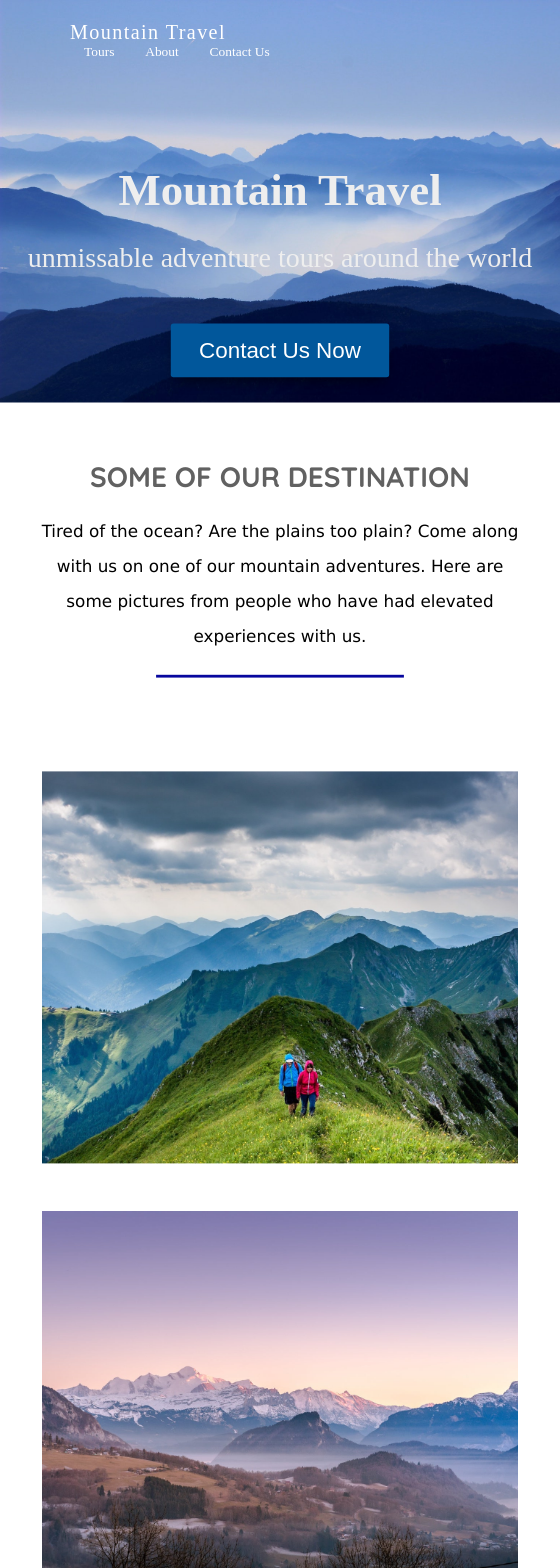
Repository: Einsteiniumeinsteinian/Advanced-CSS
Page: css-project-starter-code/index.html
These files come from the project's save history. The page is drawn as it stood at one moment and after a run of saves; the edit follows.
The browser window is 768 px wide. The page is 800 px wide, so the pictures cover 800 px, including what lies to the right of the window. The pictures show the part of the page from y = 0 to 2240 px (the page is 9086 px tall), at 70% of full size.
Some web libraries are served in a nearby version.

Above is the page before, as saved 2021-09-02 14:17:46.

After the next 2 saves:
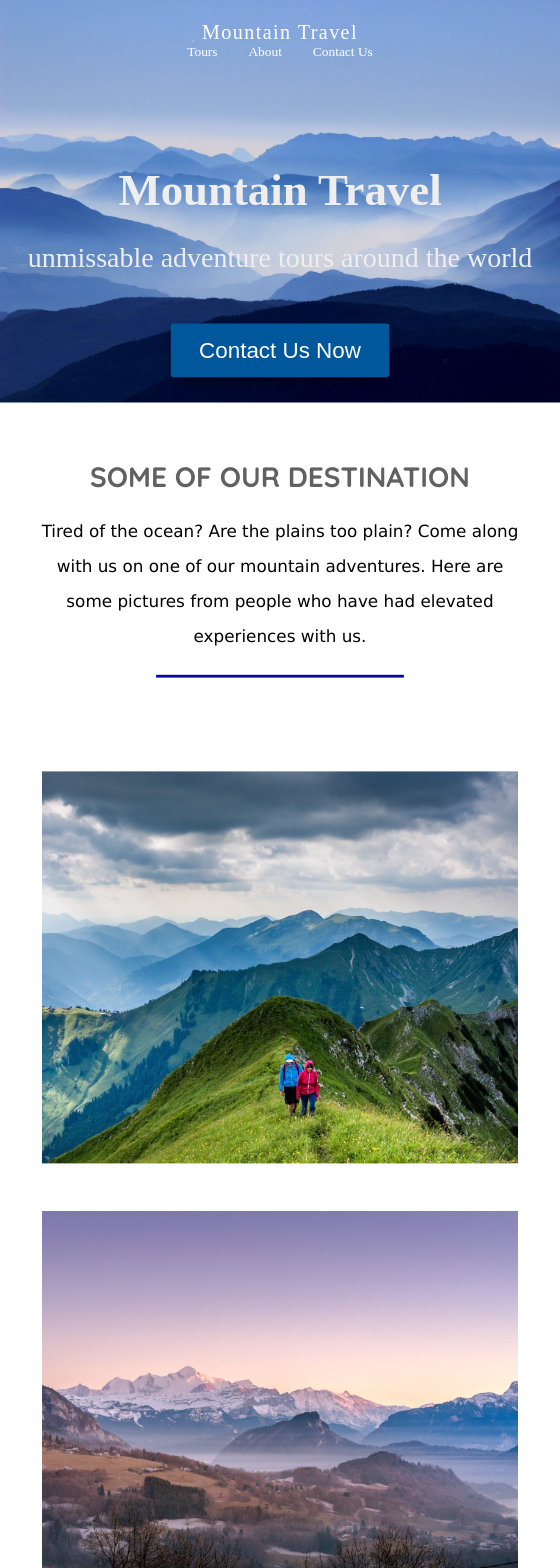
The 2 saves are shown as one change because they came seconds apart.
The last was saved 7 s later.
--- a/css-project-starter-code/assets/css/styles.css
+++ b/css-project-starter-code/assets/css/styles.css
@@ -20,7 +20,7 @@ background-size: cover;
     nav{
         flex-direction: column;
         /* justify-content: space-between; */
-        align-item
+        align-items: center;
     }
 
 }
